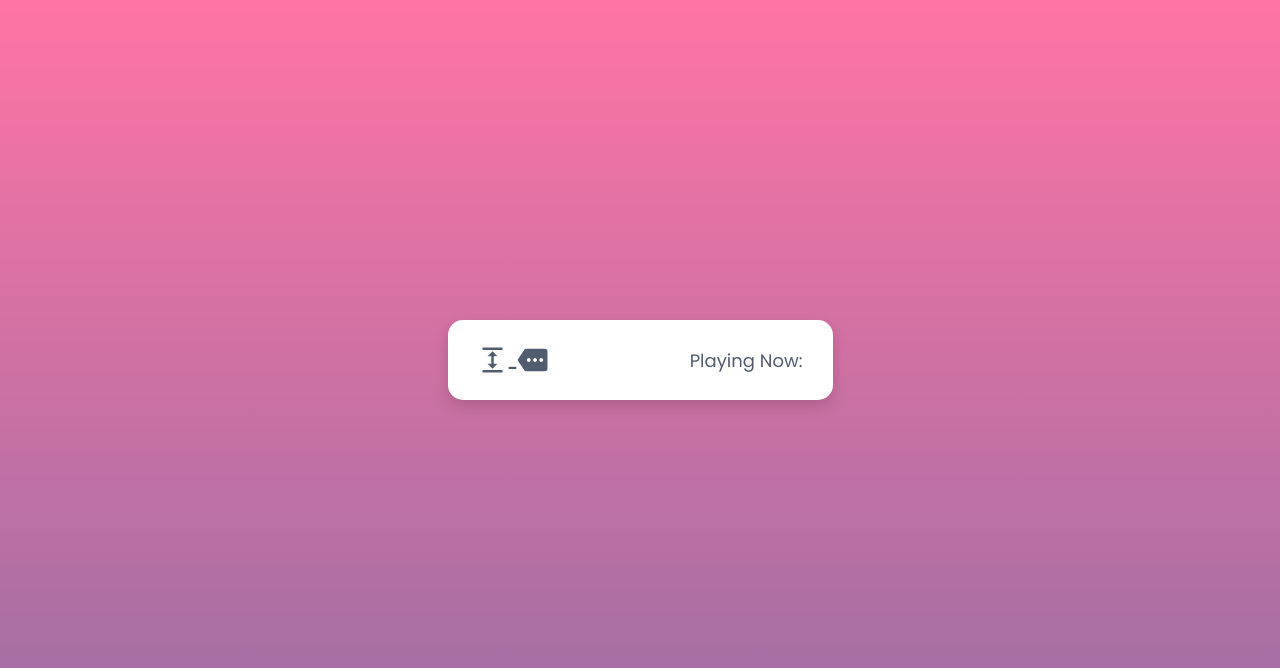
Repository: ManhTanVN/music-player
Page: index.html
An editor plug-in stored every save of this project. The page is shown before and after the next save, followed by the edit.
The browser window is 1280 px wide. The pictures show the whole page.

Above is the page before, as saved 2021-09-11 14:41:29.

### index.html
<!DOCTYPE html>
<html lang="en">
<head>
    <meta charset="UTF-8">
    <meta http-equiv="X-UA-Compatible" content="IE=edge">
    <meta name="viewport" content="width=device-width, initial-scale=1.0">
    <title>Music Player | Joseph Nguyen</title>
    <link rel="stylesheet" href="./main.css">
    <link href="https://fonts.googleapis.com/icon?family=Material+Icons" rel="stylesheet">
</head>
<body>

    <div class="wrapper">
        <div class="top-bar">
            <i class="material-icons">expand-more</i>
            <span>Playing Now:</span>
        </div>
    </div>



    <script src="./main.js"></script>
</body>
</html>

### main.css
@import url("https://fonts.googleapis.com/css2?family=Poppins:wght@200;300;400;500;600;700&display=swap");
* {
  padding: 0;
  margin: 0;
  box-sizing: inherit;
  font-family: "Poppins", sans-serif;
  box-sizing: border-box;
}
*::before, *::after {
  padding: 0;
  margin: 0;
}

html {
  font-size: 62.5%;
}

body {
  display: flex;
  justify-content: center;
  align-items: center;
  width: 100%;
  min-height: 100vh;
  background: linear-gradient(#ff74a4 0%, #9f6ea3 100%);
}

.wrapper {
  width: 38.5rem;
  padding: 2.5rem 3rem;
  border-radius: 1.5rem;
  box-shadow: 0 0.6rem 1.5rem rgba(0, 0, 0, 0.15);
  overflow: hidden;
  background: #ffffff;
  position: relative;
}
.wrapper i {
  cursor: pointer;
}

.top-bar, .progress-area .timer, .controls,
.music-list li, .music-list .header {
  display: flex;
  justify-content: space-between;
  align-items: center;
}

.top-bar i {
  font-size: 3rem;
  color: #515C6F;
}

.top-bar span {
  font-size: 1.8rem;
  color: #515C6F;
}

.img-area {
  width: 100%;
  max-height: 25.6rem;
  box-shadow: 0 0.6rem 1.5rem rgba(0, 0, 0, 0.15);
  border-radius: 1.5rem;
  overflow: hidden;
  margin-top: 2.5rem;
}

.img-area img {
  width: 100%;
  height: 100%;
  object-fit: cover;
}

.song-details {
  text-align: center;
  margin: 3rem 0;
  color: #515C6F;
}
.song-details .name {
  font-size: 2.1rem;
  word-break: break-all;
  white-space: nowrap;
  -webkit-line-clamp: 1;
  -webkit-box-orient: vertical;
  overflow: hidden;
  text-overflow: ellipsis;
}
.song-details .artist {
  font-size: 1.6rem;
  word-break: break-all;
  white-space: nowrap;
  -webkit-line-clamp: 1;
  -webkit-box-orient: vertical;
  overflow: hidden;
  text-overflow: ellipsis;
}

.progress-area {
  width: 100%;
  height: 0.6rem;
  background: #f0f0f0;
  cursor: pointer;
  border-radius: 5rem;
}

.progress-area .progress-bar {
  height: 100%;
  width: 0;
  background: linear-gradient(90deg, #ff74a4 0%, #9f6ea3 100%);
  position: relative;
  border-radius: inherit;
}

.progress-bar::after {
  content: "";
  width: 1.2rem;
  height: 1.2rem;
  border-radius: inherit;
  position: absolute;
  top: 50%;
  right: -0.6rem;
  transform: translateY(-50%);
  background: inherit;
  opacity: 0;
  transition: opacity 0.2s ease;
}

.progress-area:hover .progress-bar::after {
  opacity: 1;
}

.progress-area .timer {
  margin-top: 0.2rem;
}

.progress-area span {
  font-size: 1.3rem;
  color: #515C6F;
}

.controls {
  margin: 4rem 0 0.5rem 0;
  user-select: none;
}
.controls i {
  font-size: 2.8rem;
  background: linear-gradient(90deg, #ff74a4 0%, #9f6ea3 100%);
  background-clip: text;
  -webkit-background-clip: text;
  -webkit-text-fill-color: transparent;
  color: transparent;
}
.controls i:nth-child(2), .controls i:nth-child(4) {
  font-size: 4.2rem;
}
.controls #prev {
  margin-left: -1.3rem;
}
.controls #next {
  margin-right: -1.3rem;
}
.controls .play-pause {
  width: 5.4rem;
  height: 5.4rem;
  background: linear-gradient(90deg, #ffffff 0%, #cacaca 100%);
  border-radius: 50%;
  box-shadow: 0 0 0.5rem #ff74a4;
  display: flex;
  justify-content: center;
  align-items: center;
}
.controls .play-pause::before {
  content: "";
  position: absolute;
  width: 4.3rem;
  height: 4.3rem;
  background: linear-gradient(90deg, #ff74a4 0%, #9f6ea3 100%);
  border-radius: inherit;
}
.controls .play-pause i {
  width: 4.3rem;
  height: 4.3rem;
  color: transparent;
  line-height: 4.3rem;
  text-align: center;
  border-radius: inherit;
  position: relative;
  background-clip: text;
  background: inherit;
  -webkit-background-clip: text;
  -webkit-text-fill-color: transparent;
}

.music-list {
  position: absolute;
  width: 100%;
  bottom: 0;
  left: 0;
  border-radius: 1.5rem;
  background: #ffffff;
  box-shadow: 0 -0.5rem 1rem rgba(0, 0, 0, 0.1);
  padding: 1rem 3rem;
  max-height: 25.6rem;
  overflow-y: auto;
  margin-bottom: -55%;
  opacity: 0;
  pointer-events: none;
  transition: all 0.13s ease-out;
}
.music-list.show {
  margin-bottom: 0;
  opacity: 1;
  pointer-events: initial;
  visibility: visible;
  height: auto;
}
.music-list::-webkit-scrollbar {
  width: 0;
}
.music-list .header .row {
  display: flex;
  justify-content: space-between;
  align-items: center;
  font-size: 1.9rem;
  color: #515C6F;
}
.music-list .header .row i {
  cursor: default;
}
.music-list .header #close {
  font-size: 2.2rem;
  color: #515C6F;
}
.music-list .header span {
  margin-left: 0.5rem;
}
.music-list ul {
  padding: 0 2rem;
  margin: 1rem 0;
  list-style: none;
}
.music-list ul li {
  border-bottom: 0.1rem solid #e5e5e5;
  padding-bottom: 1rem;
  margin-top: 0.5rem;
  color: #515C6F;
  cursor: pointer;
}
.music-list ul li.playing {
  color: #ff74a4;
}
.music-list ul li:last-child {
  border-bottom: 0;
}
.music-list ul li .row span {
  font-size: 1.7rem;
}
.music-list ul li .row p {
  opacity: 0.9;
}
.music-list ul li .audio-duration {
  font-size: 1.3rem;
}

/*# sourceMappingURL=main.css.map */

Loaded but not shown: main.js (no copy from this time; the picture is the same without it)

After the next save:
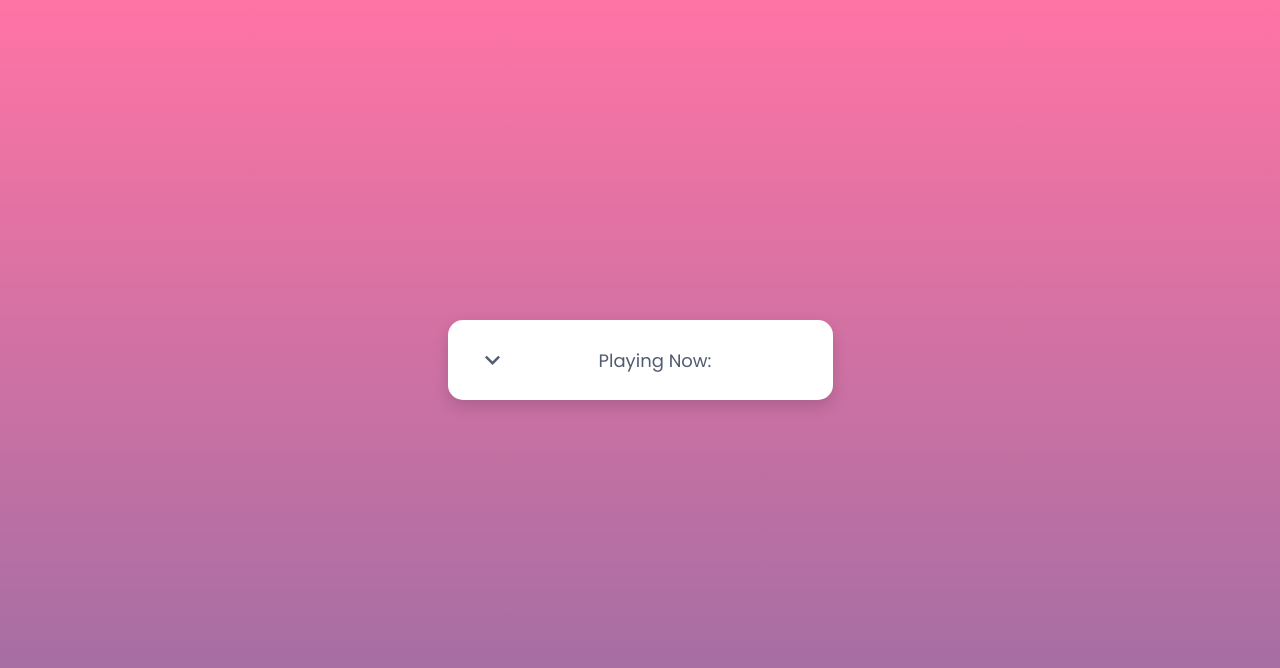
Saved 30 s later.
--- a/index.html
+++ b/index.html
@@ -12,8 +12,9 @@
 
     <div class="wrapper">
         <div class="top-bar">
-            <i class="material-icons">expand-more</i>
+            <i class="material-icons">expand_more</i>
             <span>Playing Now:</span>
+            <i class="material-icons"></i>
         </div>
     </div>
 
